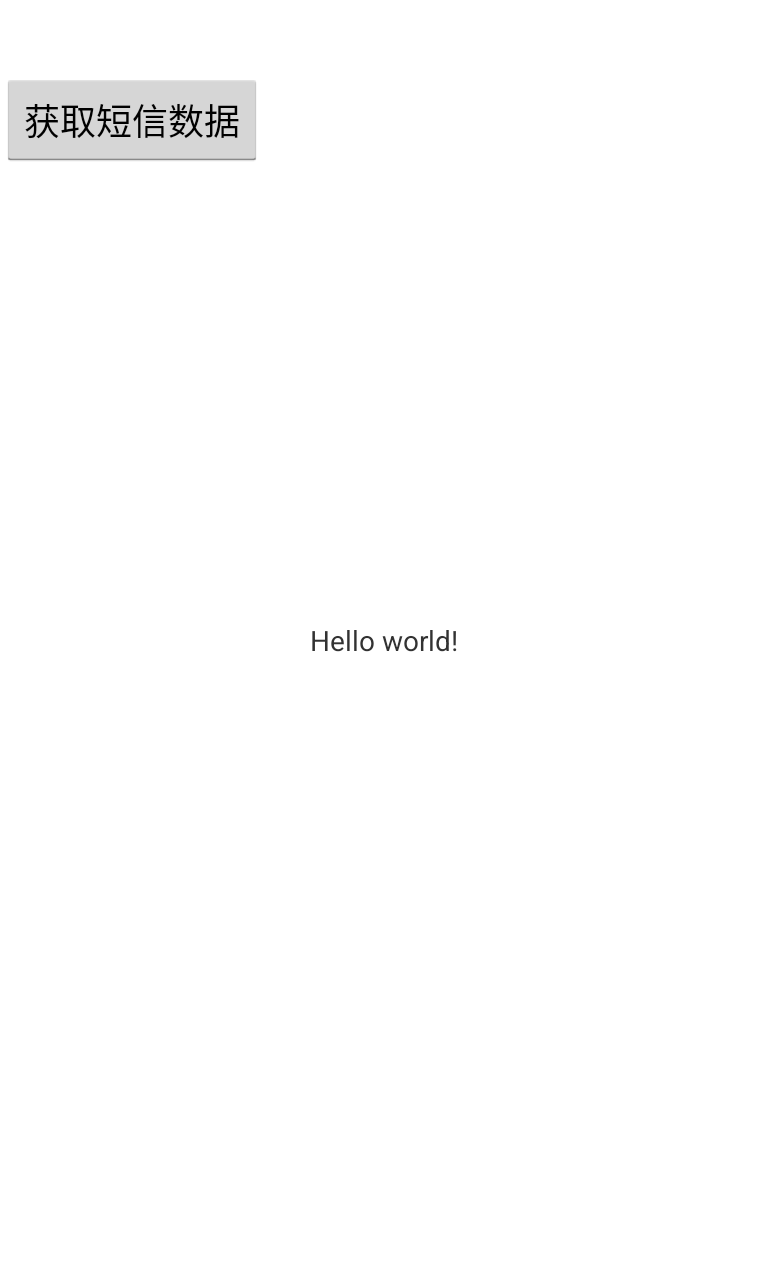
Repository: qq839924354/day01
Layout: day03/code/readsms/res/layout/activity_main.xml
The author's editor kept a copy of each file at every save. The layout is drawn from the files as they stood at one save, then again after a run of saves.
It is drawn on a 768 x 1280 px phone screen (xhdpi) without system bars, with theme AppTheme; the app's code is not run.

Above is the layout before, as saved 2013-03-03 07:39:46.

### day03/code/readsms/res/layout/activity_main.xml
<RelativeLayout xmlns:android="http://schemas.android.com/apk/res/android"
    xmlns:tools="http://schemas.android.com/tools"
    android:layout_width="match_parent"
    android:layout_height="match_parent"
    tools:context=".MainActivity" >

    <TextView
        android:id="@+id/tv_content"
        android:layout_width="wrap_content"
        android:layout_height="wrap_content"
        android:layout_centerHorizontal="true"
        android:layout_centerVertical="true"
        android:text="@string/hello_world" />

    <Button
        android:id="@+id/button1"
        android:layout_width="wrap_content"
        android:layout_height="wrap_content"
        android:layout_alignParentTop="true"
        android:layout_marginTop="36dp"
        android:layout_toLeftOf="@+id/textView1"
        android:text="获取短信数据" />

</RelativeLayout>

### day03/code/readsms/res/values/strings.xml
<?xml version="1.0" encoding="utf-8"?>
<resources>

    <string name="app_name">readsms</string>
    <string name="hello_world">Hello world!</string>
    <string name="menu_settings">Settings</string>

</resources>

Loaded but not shown: day03/code/readsms/res/values/styles.xml (common file); day03/code/readsms/res/values-v11/styles.xml (common file); day03/code/readsms/res/values-v14/styles.xml (common file)

After the next 2 saves:
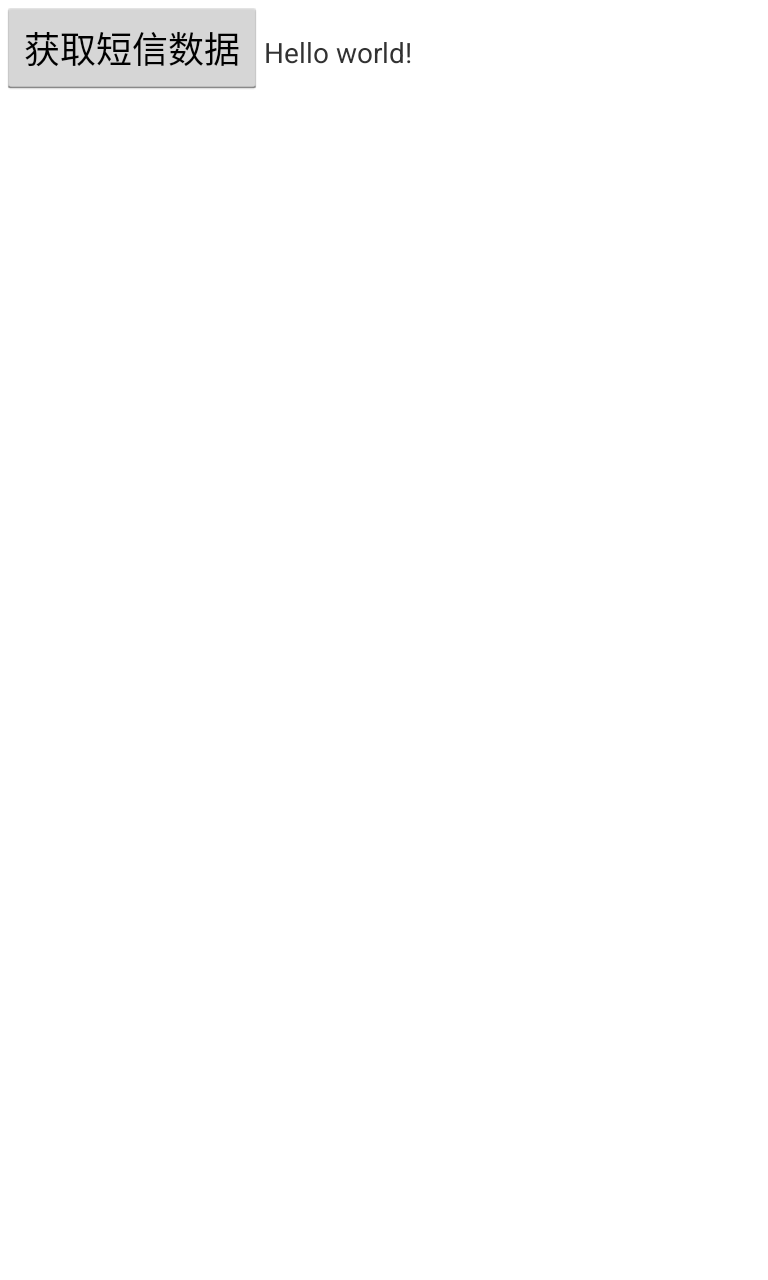
The 2 saves are shown as one change because 1 did not build or start.
The last was saved 37 s later.
--- a/day03/code/readsms/res/layout/activity_main.xml
+++ b/day03/code/readsms/res/layout/activity_main.xml
@@ -1,24 +1,19 @@
-<RelativeLayout xmlns:android="http://schemas.android.com/apk/res/android"
+<LinearLayout xmlns:android="http://schemas.android.com/apk/res/android"
     xmlns:tools="http://schemas.android.com/tools"
     android:layout_width="match_parent"
     android:layout_height="match_parent"
     tools:context=".MainActivity" >
+  <Button
+        android:id="@+id/button1"
+        android:layout_width="wrap_content"
+        android:layout_height="wrap_content"
+        android:text="获取短信数据" />
 
     <TextView
         android:id="@+id/tv_content"
         android:layout_width="wrap_content"
         android:layout_height="wrap_content"
-        android:layout_centerHorizontal="true"
-        android:layout_centerVertical="true"
         android:text="@string/hello_world" />
 
-    <Button
-        android:id="@+id/button1"
-        android:layout_width="wrap_content"
-        android:layout_height="wrap_content"
-        android:layout_alignParentTop="true"
-        android:layout_marginTop="36dp"
-        android:layout_toLeftOf="@+id/textView1"
-        android:text="获取短信数据" />
 
-</RelativeLayout>
+</LinearLayout>
